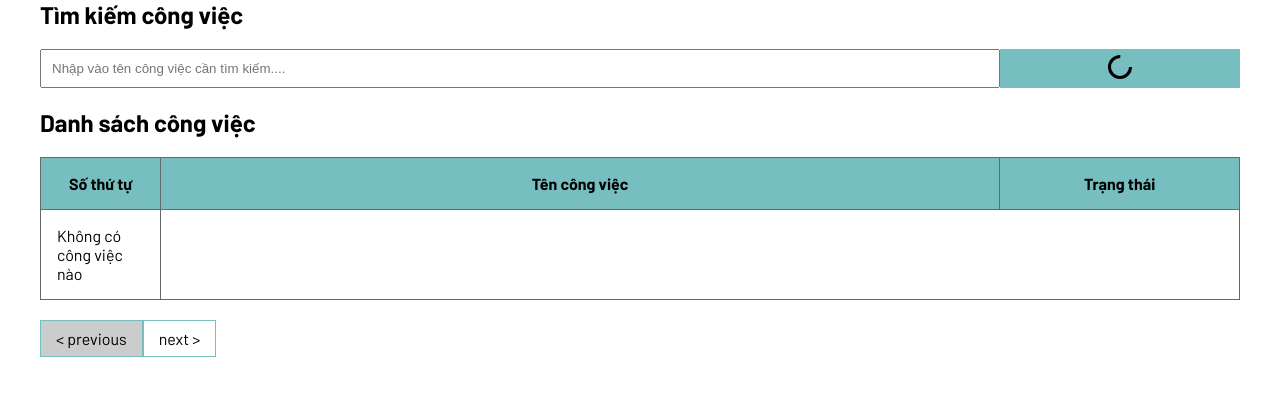
Repository: OkazakiTruong/searchReact
Page: /
An editor plug-in stored every save of this project. The page is shown before and after the next save, followed by the edit.
The browser window is 1280 px wide. The pictures show the whole page.
The page's requests for data from a server got no answer. The project was rebuilt for these pictures with package versions that can differ from the ones it lists, and the page was loaded fresh each time. No one was signed in, and anything a server would have sent is missing. Also part of the build but not shown: vite.config.js.

Above is the page before, as saved 2024-01-13 23:38:20.

### src/App.jsx
import React from "react";
import { SearchAppContainer } from "./SearchApp/SearchAppContainer";

export const App = () => {
  return (
    <div className="app">
      <SearchAppContainer />
    </div>
  );
};

### src/index.css
@import url("https://fonts.googleapis.com");
@import url("https://fonts.gstatic.com");
@import url("https://fonts.googleapis.com/css2?family=Barlow:ital,wght@0,100;0,200;0,300;0,400;0,500;0,600;0,700;0,800;0,900;1,100;1,200;1,300;1,400;1,500;1,600;1,700;1,800;1,900&display=swap");

* {
  padding: 0;
  margin: 0;
  box-sizing: border-box;
}

body {
  font-family: "Barlow", sans-serif;
}
ul,
li {
  list-style: none;
}

.app {
  max-width: 1250px;
  padding: 0 25px;
  margin: 0 auto;
}

### src/SearchApp/SearchAppContainer.jsx
import React, { useCallback, useEffect, useState, useRef } from "react";
import { ListTodo } from "./Todo/ListTodo";
import { Search } from "./Search/Search";
import { Pagination } from "./Pagination/Pagination";
import debounce from "lodash.debounce";
export const SearchAppContainer = () => {
  const [todos, setTodos] = useState(null);
  const [totalPage, setTotalPage] = useState(null);
  const [currentPage, setCurrentPage] = useState(1);
  const [isLoading, setIsLoading] = useState(false);
  const [filter, setFilter] = useState({
    title_like: "",
  });
  // const debounceDropDown = useRef(
  //   debounce((nextValue) => fetchDropdownOptions(nextValue), 1000)
  // ).current;
  useEffect(() => {
    const params = new URLSearchParams(filter).toString();
    //fetch api
    setIsLoading(true);
    fetch(
      `https://jsonplaceholder.typicode.com/todos?_page=${currentPage}&_limit=10&${params}`,
      {
        method: "GET",
        headers: {
          "Content-type": "application/json",
        },
      }
    )
      .then((response) => {
        setTotalPage(Math.ceil(+response.headers.get("x-total-count") / 10));
        return response.json();
      })
      .then((data) => {
        setIsLoading(false);
        setTodos(data);
      });
  }, [currentPage, filter]);
  const handlePageClick = (event) => {
    setCurrentPage(++event.selected);
  };
  const handleSearch = (event) => {
    const dataSearch = event.target.value;
    setFilter({ ...filter, title_like: `${dataSearch.trim()}` });
  };
  const handleSubmit = (title) => {
    setFilter({ ...filter, title_like: `${title.trim()}` });
  };
  return (
    <div>
      <Search
        todos={todos}
        handleSearch={handleSearch}
        handleSubmit={handleSubmit}
        isLoading={isLoading}
      />
      <ListTodo todos={todos} />
      <Pagination totalPage={totalPage} handlePageClick={handlePageClick} />
    </div>
  );
};

### src/SearchApp/Todo/ListTodo.jsx
import React from "react";
import "./listTodo.css";

export const ListTodo = ({ todos }) => {
  return (
    <>
      <h2>Danh sách công việc</h2>
      <table>
        <tbody>
          <tr>
            <th className="numerical-order">Số thứ tự</th>
            <th className="todo-name">Tên công việc</th>
            <th className="status">Trạng thái</th>
          </tr>
          {!todos?.length ? (
            <tr>
              <td>Không có công việc nào</td>
            </tr>
          ) : (
            todos.map((todo, index) => (
              <tr key={todo.id}>
                <td className="numeric-order">{todo.id}</td>
                <td>{todo.title}</td>
                <td>{todo.completed ? "Đã hoàn thành" : "Chưa hoàn thành"}</td>
              </tr>
            ))
          )}
        </tbody>
      </table>
    </>
  );
};

### src/SearchApp/Search/Search.jsx
import React, { useEffect, useRef, useState } from "react";
import "./Search.css";

export const Search = ({ todos, handleSearch, handleSubmit, isLoading }) => {
  const suggestRef = useRef(null);
  const inputRef = useRef(null);
  const searchContainerRef = useRef(null);
  const handleFocus = () => {
    console.log(suggestRef.current);
    suggestRef.current.classList.add("active");
  };
  const handleClickOutside = (event) => {
    const { target } = event;
    if (!searchContainerRef.current.contains(target)) {
      suggestRef.current.classList.remove("active");
    }
  };
  useEffect(() => {
    console.log(isLoading);
    document.addEventListener("click", handleClickOutside);
  });
  return (
    <>
      <h2>Tìm kiếm công việc</h2>
      <div className="search-container" ref={searchContainerRef}>
        <form
          onSubmit={(e) => {
            e.preventDefault();
            suggestRef.current.classList.remove("active");
            handleSubmit(inputRef.current.value);
          }}
        >
          <div className="search-bar">
            <input
              type="text"
              placeholder="Nhập vào tên công việc cần tìm kiếm...."
              onFocus={handleFocus}
              ref={inputRef}
              onChange={(e) => {
                handleSearch(e);
              }}
            />
            <button type="submit" className="btn-submit">
              {isLoading ? (
                <img className="loading-icon" src="/rolling_loading.svg" />
              ) : (
                "Tìm kiếm"
              )}
            </button>
          </div>
        </form>
        <div className="search-suggest" ref={suggestRef}>
          {todos === null
            ? "Không có todo nào"
            : todos?.map((todo) => {
                return (
                  <p
                    className="todo-search-suggest"
                    key={todo.id}
                    onClick={(e) => {
                      console.log(e.target.innerText);
                      inputRef.current.value += " " + e.target.innerText;
                    }}
                  >
                    {todo.title}
                  </p>
                );
              })}
        </div>
      </div>
    </>
  );
};

### src/SearchApp/Pagination/Pagination.jsx
import React from "react";
import ReactPaginate from "react-paginate";
import "./pagination.css";

export const Pagination = ({ totalPage, handlePageClick }) => {
  return (
    <div className="pagination-container">
      <ReactPaginate
        nextLabel="next >"
        onPageChange={handlePageClick}
        pageRangeDisplayed={3}
        marginPagesDisplayed={2}
        pageCount={totalPage}
        previousLabel="< previous"
        pageClassName="page-item"
        pageLinkClassName="page-link"
        previousClassName="page-item"
        previousLinkClassName="page-link"
        nextClassName="page-item"
        nextLinkClassName="page-link"
        breakLabel="..."
        breakClassName="page-item"
        breakLinkClassName="page-link"
        containerClassName="pagination"
        activeClassName="active"
        renderOnZeroPageCount={null}
      />
    </div>
  );
};

### src/SearchApp/Todo/listTodo.css
table {
  width: 100%;
}
table,
th,
td {
  border: 1px solid #696969;
  border-collapse: collapse;
}
th,
td {
  padding: 16px;
}
th {
  background-color: #77bec0;
}
th.todo-name {
  width: 70%;
}
th.numeric-order {
  width: 10%;
}
th.status {
  width: 20%;
}
td.numeric-order {
  text-align: center;
}
h2 {
  margin-bottom: 20px;
}

### src/SearchApp/Search/Search.css
input {
  width: 80%;
  padding: 10px;
}

button {
  width: 20%;
  cursor: pointer;
  background-color: #77bec0;
  border: #77bec0;
  font-weight: 600;
  font-size: 16px;
}
.loading-icon {
  width: 30px;
}
.btn-submit:hover {
  background-color: #90d7da;
}
.search-container {
  margin: 20px 0;
  position: relative;
}
.search-bar {
  display: flex;
  width: 100%;
}
.search-suggest {
  border: 1px solid #77bec0;
  position: absolute;
  width: 80%;
  height: 200px;
  background-color: white;
  padding: 10px 0 10px 0;
  overflow: auto;
  visibility: hidden;
}
.search-suggest.active {
  visibility: visible;
  background-color: white;
}
.search-suggest::-webkit-scrollbar-track {
  -webkit-box-shadow: inset 0 0 6px rgba(0, 0, 0, 0.3);
  background-color: #f5f5f5;
}
.search-suggest::-webkit-scrollbar {
  width: 4px;
  background-color: #f5f5f5;
}
.search-suggest::-webkit-scrollbar-thumb {
  background-color: #579092;
  border: 2px solid #579092;
}

.todo-search-suggest {
  padding: 10px;
}
.todo-search-suggest:hover {
  background-color: #ccc;
  cursor: pointer;
}

### src/SearchApp/Pagination/pagination.css
.pagination-container {
  margin: 20px 0 !important;
}
.pagination {
  display: flex;
}
.pagination .page-link {
  border: 1px solid #77bec0;
  display: block;
  padding: 8px 15px;
  cursor: pointer;
  user-select: none;
}

.pagination .page-link:hover {
  background-color: #e4e4e4;
}

.active {
  background-color: #77bec0;
}

.disabled {
  background-color: #ccc;
  cursor: not-allowed;
}

Loaded but not shown: index.html (common file); src/main.jsx (common file)

After the next save:
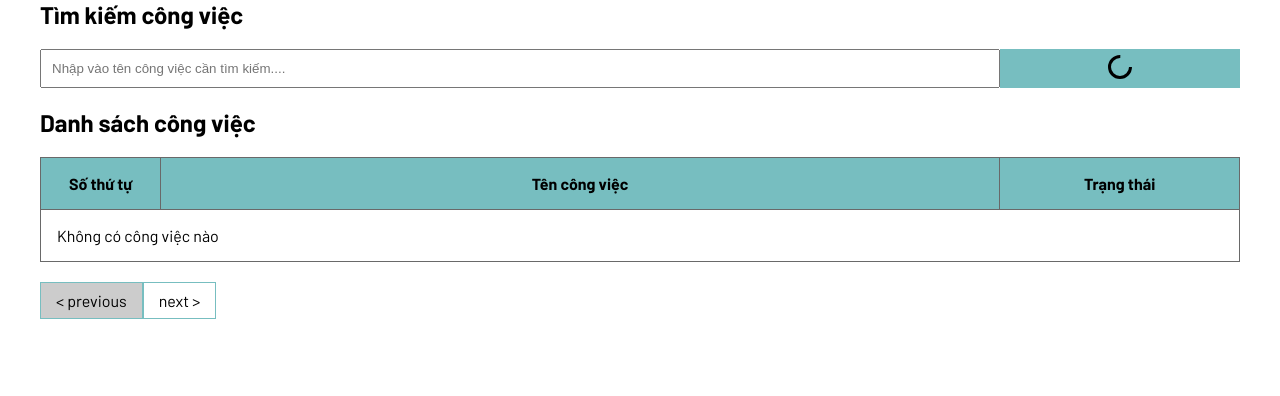
Saved 38 s later.
--- a/src/SearchApp/Todo/ListTodo.jsx
+++ b/src/SearchApp/Todo/ListTodo.jsx
@@ -14,7 +14,7 @@ export const ListTodo = ({ todos }) => {
           </tr>
           {!todos?.length ? (
             <tr>
-              <td>Không có công việc nào</td>
+              <td colSpan={3}>Không có công việc nào</td>
             </tr>
           ) : (
             todos.map((todo, index) => (
